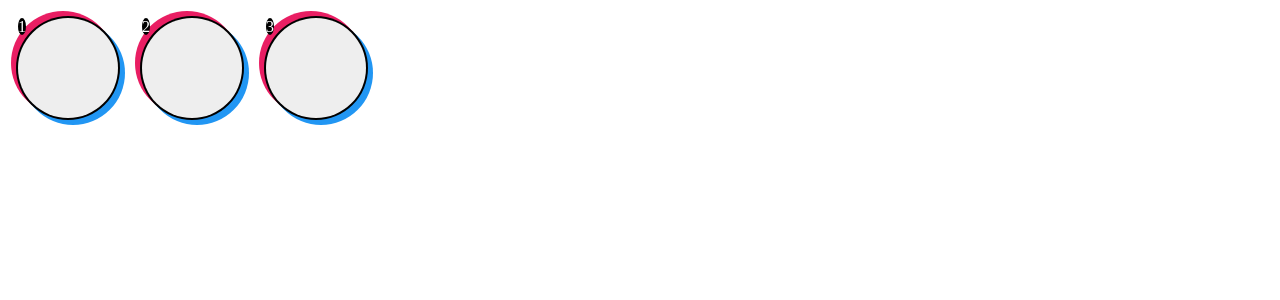
Repository: Body789/CSS_ELZERO
Page: Assignments/Assigmennt_10/Assignment_1/index.html
These files come from the project's save history. The page is drawn as it stood at one moment and after the next save; the edit follows.
The browser window is 1280 px wide. The pictures show the whole page.

Above is the page before, as saved 2022-09-18 12:16:33.

After the next save:
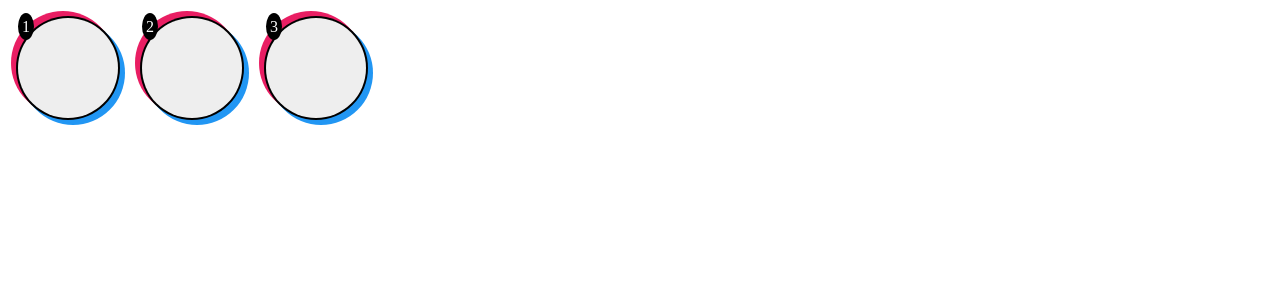
Saved 9 s later.
--- a/Assignments/Assigmennt_10/Assignment_1/Css/style.css
+++ b/Assignments/Assigmennt_10/Assignment_1/Css/style.css
@@ -24,6 +24,6 @@ div::after {
   background-color: black;
   width: 10px;
   height: 10px;
-  /* padding: 5px 4px; */
+  padding: 5px 4px;
   border-radius: 50%;
 }
